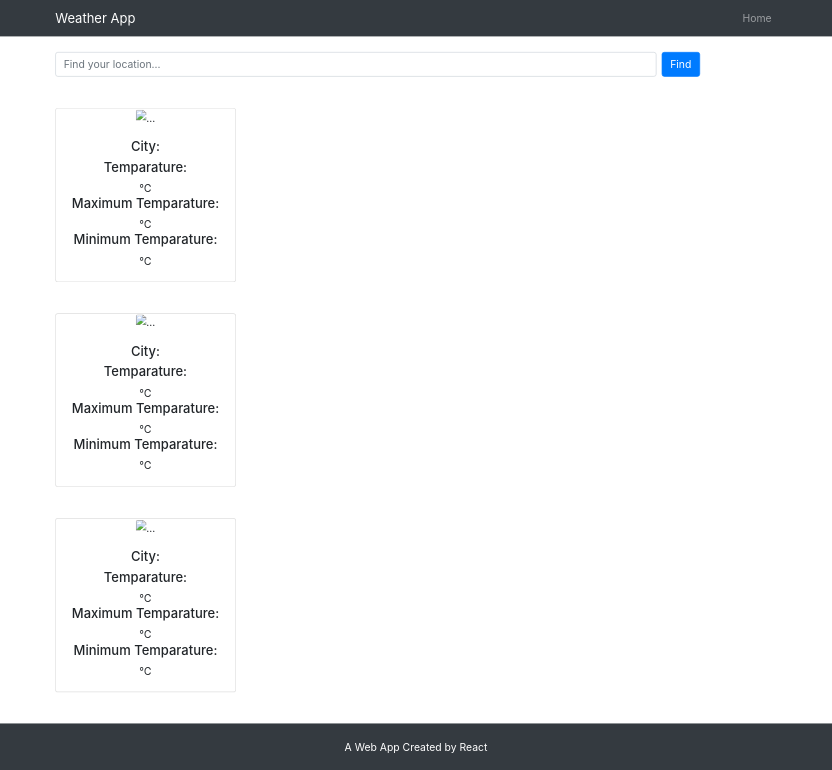
Repository: smk87/weather-app-react
Page: /
These files come from the project's save history. The page is drawn as it stood at one moment and after the next save; the edit follows.
The browser window is 1280 px wide. The pictures show the whole page, at 65% of full size.
The page's requests for data from a server got no answer. Some web libraries are served in a nearby version. The project was rebuilt for these pictures with package versions that can differ from the ones it lists, and the page was loaded fresh each time. A package was used in the major version that the imports need, not the one package.json lists. No one was signed in, and anything a server would have sent is missing.

Above is the page before, as saved 2019-02-06 17:31:45.

After the next save:
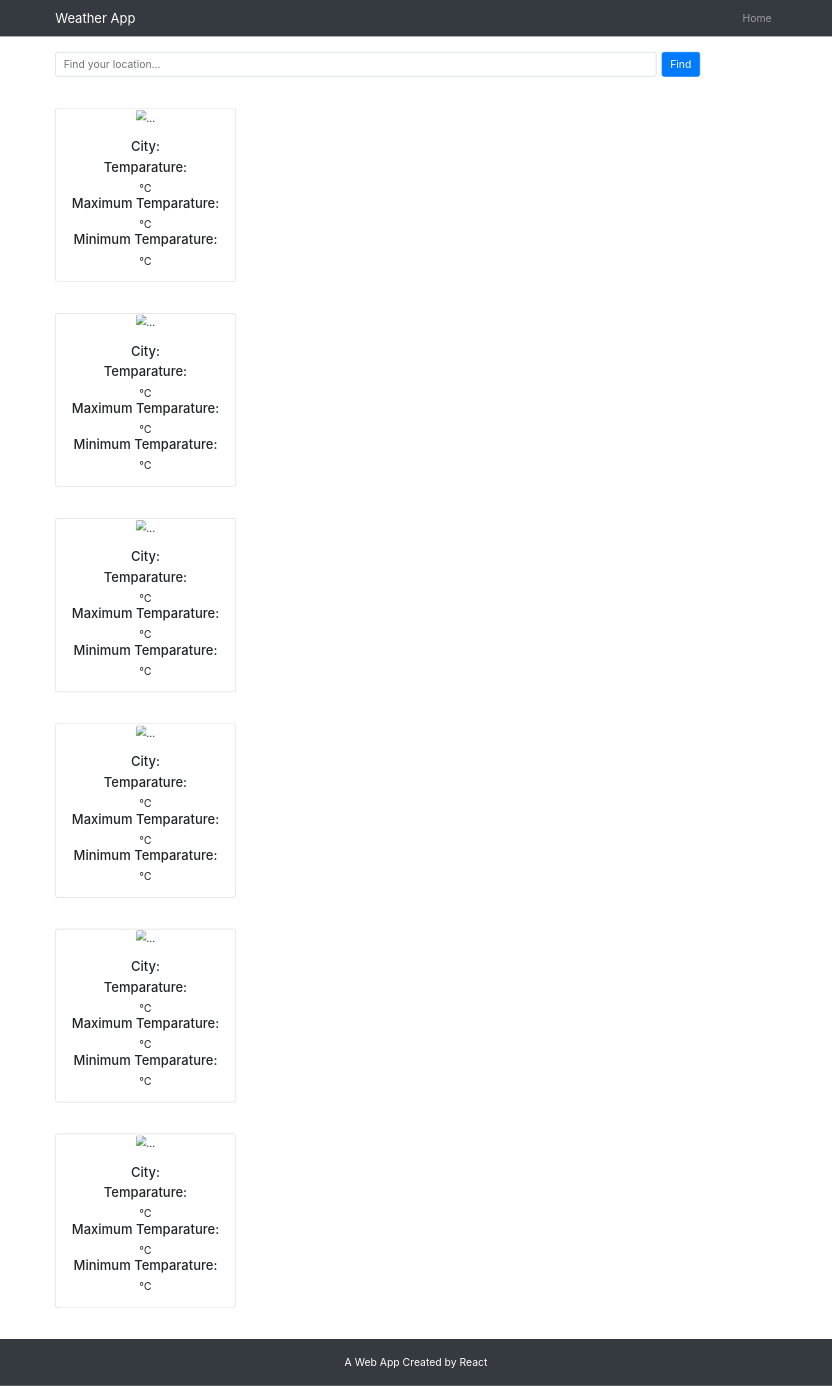
Saved 18 s later.
--- a/src/components/Home.js
+++ b/src/components/Home.js
@@ -42,6 +42,11 @@
           <Weather id="2344116" />
           <Weather id="2344116" />
           <Weather id="2344116" />
+          <div>
+            <Weather id="2344116" />
+            <Weather id="2344116" />
+            <Weather id="2344116" />
+          </div>
         </div>
       </div>
     );

After the save that followed:
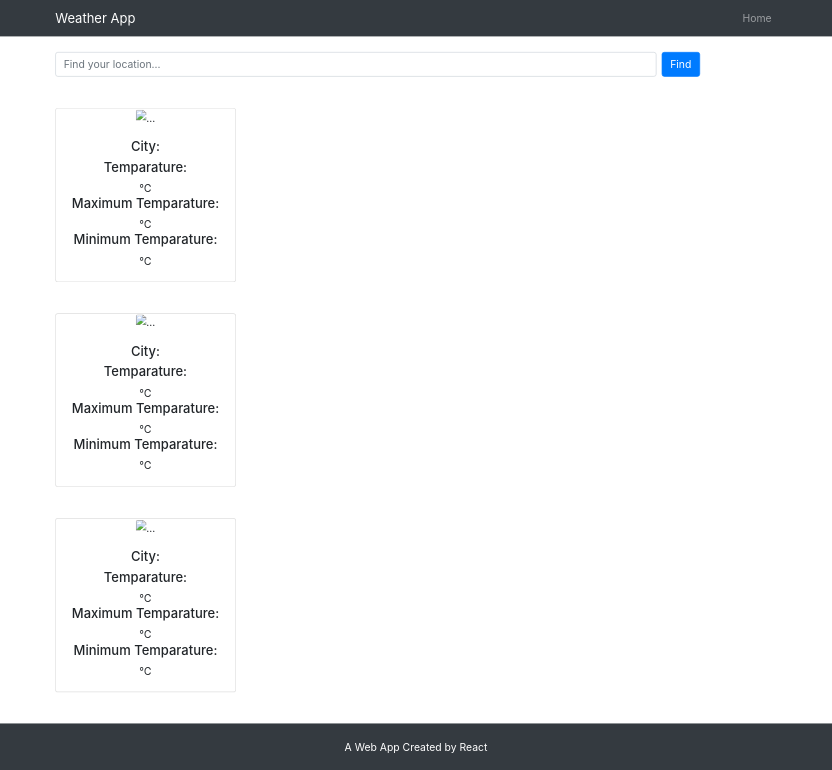
Saved 7 s later.
--- a/src/components/Home.js
+++ b/src/components/Home.js
@@ -39,9 +39,7 @@
               value="Find"
             />
           </form>
-          <Weather id="2344116" />
-          <Weather id="2344116" />
-          <Weather id="2344116" />
+
           <div>
             <Weather id="2344116" />
             <Weather id="2344116" />
